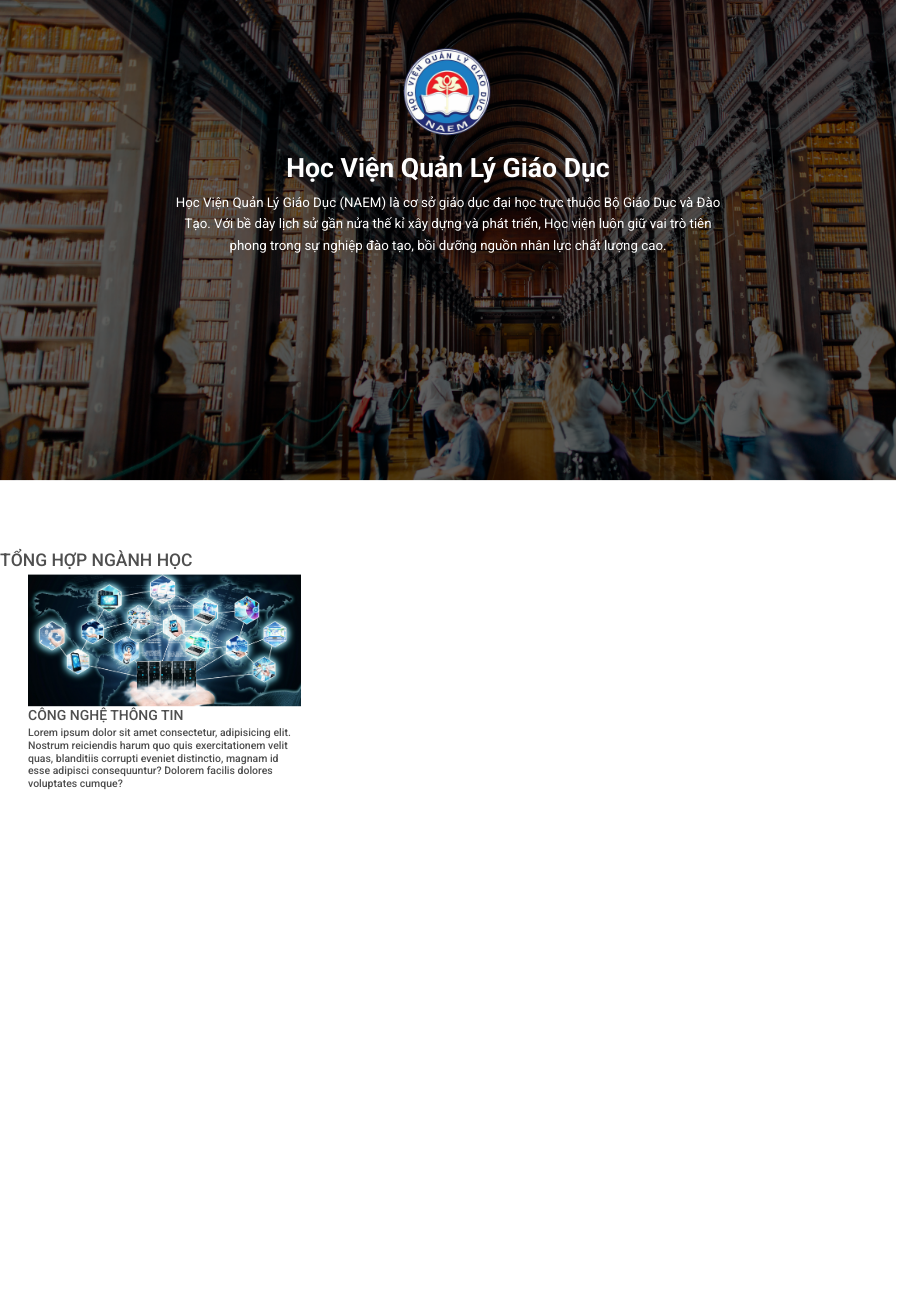
Repository: hongphuck1/trangweb1
Page: index.html
An editor plug-in stored every save of this project. The page is shown before and after the next save, followed by the edit.
The browser window is 1280 px wide. The page is 1288 px wide, so the pictures cover 1288 px, including what lies to the right of the window. The pictures show the part of the page from y = 1237 to 3117 px (the page is 4941 px tall), at 70% of full size.

Above is the page before, as saved 2021-09-07 01:53:18.

### index.html
<!DOCTYPE html>
<html lang="en">

<head>
  <meta charset="UTF-8" />
  <meta name="viewport" content="width=device-width, initial-scale=1, shrink-to-fit=no" />
  <meta http-equiv="x-ua-compatible" content="ie=edge" />
  <title>Material Design for Bootstrap</title>
  <!-- MDB icon -->
  <link rel="icon" href="img/SSS1.png" type="image/x-icon" />
  <!-- Font Awesome -->
  <link rel="stylesheet" href="https://use.fontawesome.com/releases/v5.15.2/css/all.css" />
  <!-- Google Fonts Roboto -->
  <link rel="stylesheet" href="https://fonts.googleapis.com/css2?family=Roboto:wght@300;400;500;700;900&display=swap" />
  <!-- MDB -->
  <link rel="stylesheet" href="css/style.css" />
  <link rel="stylesheet" href="css/base.css" />
  <link rel="stylesheet" href="css/grid.css" />
  <link rel="stylesheet" href="css/mdb.min.css" />
</head>

<body>
  <!-- Start your project here-->
  <div class="main">
    <!--Main Navigation-->
    <header>


      <!-- Navbar -->
      <nav class="navbar--opacity navbar navbar-expand-lg navbar-light fixed-top mask-custom shadow-0">
        <div class="container">

          <a class="navbar-brand nav-link" target="_blank" href="https://mdbootstrap.com/docs/standard/">
            <strong style="font-size: 2.2rem;">MRC</strong>
          </a>
          <button class="navbar-toggler navbar-toggler--opacity" type="button" data-mdb-toggle="collapse"
            data-mdb-target="#navbarSupportedContent" aria-controls="navbarSupportedContent" aria-expanded="false"
            aria-label="Toggle navigation">
            <i style="color: #ccc" class="fas fa-bars"></i>
          </button>
          <div class="collapse navbar-collapse" id="navbarSupportedContent">
            <ul class="navbar-nav me-auto mb-2 mb-lg-0">
              <li class="nav-item active">
                <a class="nav-link" aria-current="page" href="#intro">Giới thiệu</a>
              </li>
              <li class="nav-item">
                <a class="nav-link" href="https://www.facebook.com/MRC.NAEM" rel="nofollow" target="_blank">Hỏi đáp</a>
              </li>
              <li class="nav-item">
                <a class="nav-link" href="https://www.facebook.com/MRC.NAEM" target="_blank">Bài viết</a>
              </li>
              <li class="nav-item">
                <a class="nav-link" href="https://www.facebook.com/messages/t/101815085369835" target="_blank">Liên
                  hệ</a>
              </li>
            </ul>
            <ul class="navbar-nav list-inline">
              <!-- Icons -->
              <li class="">
                <a class="nav-link" href="https://www.youtube.com/channel/UCjl0s7v8m8V4IzuAS1fH-iA" rel="nofollow"
                  target="_blank">
                  <i class="fab fa-youtube"></i>
                </a>
              </li>
              <li class="">
                <a class="nav-link" href="https://www.facebook.com/MRC.NAEM" rel="nofollow" target="_blank">
                  <i class="fab fa-facebook-f"></i>
                </a>
              </li>
              <li class="nav-item">
                <a class="nav-link" href="https://www.tiktok.com/@mrcnaem" rel="nofollow" target="_blank">
                  <i class="fab fa-tiktok"></i>
                </a>
              </li>
              <li class="nav-item">
                <a class="nav-link" href="tel: 0349167687" rel="nofollow" target="_blank">
                  <i class="fas fa-envelope"></i>
                </a>
              </li>
            </ul>
          </div>
        </div>
      </nav>

      <!-- Carousel wrapper -->
      <div id="introCarousel" class="carousel slide carousel-fade shadow-2-strong" data-mdb-ride="carousel">
        <!-- Indicators -->
        <ol class="carousel-indicators">
          <li data-mdb-target="#introCarousel" data-mdb-slide-to="0" class="active"></li>
          <li data-mdb-target="#introCarousel" data-mdb-slide-to="1"></li>
          <li data-mdb-target="#introCarousel" data-mdb-slide-to="2"></li>
        </ol>

        <!-- Inner -->
        <div class="carousel-inner">
          <!-- Single item -->
          <div class="carousel-item active">
            <div class="mask" style="background-color: rgba(0, 0, 0, 0.6);">
              <div class="d-flex justify-content-center align-items-center h-100">
                <div class="text-white text-center">
                  <h1 style="font-size: 2.4rem;" class="mb-3">CLB TUYỂN SINH VÀ TRUYỀN THÔNG - MRC NAEM</h1>
                  <h5 style="font-size: 1.2rem;" class="mb-4">Hỗ trợ tư vấn - hướng nghiệp, trả lời những thắc mắc cho
                    học sinh và phụ huynh.</h5>

                  <a style="font-size: 1.8rem; " class="btn-DANGKI btn btn-outline-light btn-lg m-2"
                    href="https://www.facebook.com/MRC.NAEM" target="_blank" role="button">Đăng kí ngay</a>
                </div>
              </div>
            </div>
          </div>

          <!-- Single item -->
          <div class="carousel-item">
            <div class="mask" style="background-color: rgba(0, 0, 0, 0.3);">
              <div class="d-flex justify-content-center align-items-center h-100">
                <div class="text-white text-center">
                  <h1 style="font-size: 2.4rem;" class="mb-3">CLB TUYỂN SINH VÀ TRUYỀN THÔNG - MRC NAEM</h1>
                  <h5 style="font-size: 1.2rem;" class="mb-4">Hỗ trợ tư vấn - hướng nghiệp, trả lời những thắc mắc cho
                    học sinh và phụ huynh.</h5>

                  <a style="font-size: 1.8rem; " class="btn-DANGKI btn btn-outline-light btn-lg m-2"
                    href="https://www.facebook.com/MRC.NAEM" target="_blank" role="button">Đăng kí ngay</a>
                </div>
              </div>
            </div>
          </div>

          <!-- Single item -->
          <div class="carousel-item">
            <div class="mask" style="
                background: linear-gradient(
                  45deg,
                  rgba(29, 236, 197, 0.7),
                  rgba(91, 14, 214, 0.7) 100%
                );
              ">
              <div class="d-flex justify-content-center align-items-center h-100">
                <div class="text-white text-center">
                  <h1 style="font-size: 2.4rem;" class="mb-3">CLB TUYỂN SINH VÀ TRUYỀN THÔNG - MRC NAEM</h1>
                  <h5 style="font-size: 1.2rem;" class="mb-4">Hỗ trợ tư vấn - hướng nghiệp, trả lời những thắc mắc cho
                    học sinh và phụ huynh.</h5>

                  <a style="font-size: 1.8rem; " class="btn-DANGKI btn btn-outline-light btn-lg m-2"
                    href="https://www.facebook.com/MRC.NAEM" target="_blank" role="button">Đăng kí ngay</a>
                </div>
              </div>
            </div>
          </div>
        </div>
        <!-- Inner -->

        <!-- Controls -->
        <a class="carousel-control-prev" href="#introCarousel" role="button" data-mdb-slide="prev">
          <span class="carousel-control-prev-icon" aria-hidden="true"></span>
          <span class="sr-only">Previous</span>
        </a>
        <a class="carousel-control-next" href="#introCarousel" role="button" data-mdb-slide="next">
          <span class="carousel-control-next-icon" aria-hidden="true"></span>
          <span class="sr-only">Next</span>
        </a>
      </div>
      <!-- Carousel wrapper -->
    </header>


    <section>
      <div class="container-body">
        <div class="container-body-name">
          <h1>Thông Tin Tuyển Sinh</h1>
        </div>

        <div class="row">
          <div class="col l-6">
            <div class="container-body-content">
              <h2 class="container-body-content__name">Các Phương Án Xét Tuyển</h2>
              <div class="container-body-content-attention">
                <i class="fas fa-check-double"></i>
                <h4>Dựa vào học bạ (Điểm HK1 & HK2 lớp 11 và điểm HK1 lớp 12)</h4>
              </div>
              <div class="container-body-content-attention">
                <i class="fas fa-check-double"></i>
                <h4>Sử dụng kết quả thi THPT 2021</h4>
              </div>
              <div class="container-body-content-attention">
                <i class="fas fa-check-double"></i>

                <h4>Tuyển thẳng</h4>
              </div>
              <div class="container-body-content-attention">
                <i class="far fa-bell"></i>
                <h4>Cơ hội trúng tuyển cao khi có tới 70% chỉ tiêu qua xét tuyển học bạ</h4>
              </div>
              <div class="container-body-content-attention">
                <i class="far fa-plus-square"></i>
                <h4>Đặc biệt sinh viên được phép học thêm một ngành khác tại Học viện (Luật, Ngôn ngữ Anh, Tâm lý giáo
                  dục, Quản trị văn phòng, Giáo dục học, Quản lý giáo dục và Kinh tế giáo dục)</h4>
              </div>
            </div>
          </div>
          <div class="col l-6">
            <div class="container-body-img">
              <img src="img/klipartz.com_-1024x586.png" alt="">
            </div>
          </div>
        </div>


      </div>

      <div class="container-body-review">
        <div class="grid wide">
          <div class="row">
            <div class="col l-12">
              <img src="img/1-1.png" alt="">
              <div class="container-body-review__name">
                Học Viện Quản Lý Giáo Dục
              </div>
              <div class="container-body-review__title">
                Học Viện Quản Lý Giáo Dục (NAEM) là cơ sở giáo dục đại học trực thuộc Bộ Giáo Dục và Đào Tạo. Với bề dày lịch sử gần nửa thế kỉ xây dựng và phát triển, Học viện luôn giữ vai trò tiên phong trong sự nghiệp đào tạo, bồi dưỡng nguồn nhân lực chất lượng cao.
              </div>
            </div>
        </div>
      </div>
    </div>

      <div class="container-body-subjects">
          <h1>TỔNG HỢP NGÀNH HỌC</h1>

          <div class="grid wide">
            <div class="row">
              <div class="col l-4">
                <img src="img/congnghethongtin.png" alt="">
                <h2>CÔNG NGHỆ THÔNG TIN</h2>
                <h4>Lorem ipsum dolor sit amet consectetur, adipisicing elit. Nostrum reiciendis harum quo quis exercitationem velit quas, blanditiis corrupti eveniet distinctio, magnam id esse adipisci consequuntur? Dolorem facilis dolores voluptates cumque?</h4>
              </div>
              <div class="col l-4"></div>
              <div class="col l-4"></div>
            </div>
          </div>

    </section>

  </div>
  <!--Main Navigation-->
  <!-- End your project here-->

  <!-- MDB -->
  <script type="text/javascript" src="js/mdb.min.js"></script>
  <!-- Custom scripts -->
  <script type="text/javascript"></script>
</body>

</html>

### css/style.css

.main {

    height: 1000px;
}

/* Carousel styling */
#introCarousel,
.carousel-inner,
.carousel-item,
.carousel-item.active {
  height: 100vh;
}

.carousel-item:nth-child(1) {
  background-image: url('https://mdbootstrap.com/img/Photos/Others/images/76.jpg');
  background-repeat: no-repeat;
  background-size: cover;
  background-position: center center;
}

.carousel-item:nth-child(2) {
  background-image: url('https://mdbootstrap.com/img/Photos/Others/images/77.jpg');
  background-repeat: no-repeat;
  background-size: cover;
  background-position: center center;
}

.carousel-item:nth-child(3) {
  background-image: url('https://mdbootstrap.com/img/Photos/Others/images/78.jpg');
  background-repeat: no-repeat;
  background-size: cover;
  background-position: center center;
}

/* Height for devices larger than 576px */
@media (min-width: 992px) {
  #introCarousel {
    margin-top: -58.59px;
  }
}

.navbar .nav-link {
  color: #fff !important;
}



/* trèn đè css boottraps */

.nav-link {
  /* padding: 1.2rem 1rem !important; */
  font-size: 1.6rem;
  padding-right: 20px !important;
}

.nav-link:hover {
  /* padding: 1.2rem 1rem !important; */
  color: yellow !important;
  transition: color 0.5s ;
}


.btn-DANGKI:hover {
  color: yellow !important;
  border: 1px solid yellow !important;
  transition: 0.5s ;
}

.navbar-dark .navbar-toggler, .navbar-light .navbar-toggler {
  display: block;
}

.navbar--opacity {
  background-color: rgba(1,1,1,0.2);
}


@media only screen and (max-width: 600px) {
 .text-center h1 {
    font-size: 2.7rem !important;
    padding: 20px 0;
  }
  .carousel-control-next, .carousel-control-prev{
    display: none !important;
  }
  .text-center h5{
    padding: 0 20px;
    line-height: 1.9rem !important;
    font-size: 1.4rem !important;
  }
}


@import url('https://fonts.googleapis.com/css2?family=Poppins:wght@300;400;600;700&display=swap');
  :root {
    --primary: #08aeea;
    --secondary: #13D2B8;
    --purple: #bd93f9;
    --pink: #ff6bcb;
    --blue: #8be9fd;
    --gray: #333;
    --font: "Poppins", sans-serif;
    --gradient: linear-gradient(40deg, #ff6ec4, #7873f5);
    --shadow: 0 0 15px 0 rgba(0,0,0,0.05);
  }
  *,
  *:before,
  *:after {
    box-sizing: border-box;
  }
  html {
    font-size: 62.5%;
  }

  body {
    font-family: var(--font);
    font-size: 1.4rem;
    overflow-x: hidden;
    font-weight: 300;
  }

  img {
    display: block;
    max-width: 100%;
  }

  a {
    text-decoration: none;
  }

  input,
  button,
  textarea,
  select {
    font-family: var(--font);
    font-size: 1.4rem;
    font-weight: 300;
    outline: none;
    border: 0;
    margin: 0;
    padding: 0;
    border-radius: 0;
    -webkit-appearance: none;
  }

  button {
    cursor: pointer;
  }

          .simple-card {
            background-color: white;
            border-radius: 2rem;
            padding: 1.5rem;
            box-shadow: var(--shadow);
          }
          .simple-card-image {
            position: relative;
            height: 0;
            padding-bottom: 56.25%;
          }
          .simple-card-image > img {
            position: absolute;
            top: 0;
            left: 0;
            width: 100%;
            height: 100%;
            object-fit: cover;
            border-radius: 1rem;
          }
          .simple-card-content {
            padding: 3rem 1rem;
          }
          .simple-card-title {
            font-weight: 500;
            font-size: 2rem;
            line-height: 1.6;
            margin-bottom: 1.5rem;
            color: #2b2b2b;
          }
          .simple-card-desc {
            color: #c7cbdc;
            font-weight: 300;
            line-height: 1.6;
            font-size: 1.4rem;
            margin-bottom: 3rem;
          }
          .simple-card-line {
            width: 30%;
            height: 2px;
            margin-left: auto;
            background-color: var(--primary);
          }

          .container-body{
            padding-top: 40px;
            padding-bottom: 70px;
          }
          .container-body-name{
            text-align: center;
            padding: 40px 0 ;
          }
          .container-body-name h1{
            color: #000000;
            font-family: "Open Sans", Sans-serif;
            font-size: 35px;
            font-weight: 700;
            text-transform: capitalize;
          }

          .container-body-content{
           padding-left: 100px;
          }
          .container-body-content__name{
           font-size: 2.8rem;
           color: #000000;
           padding-bottom: 10px;
          }
          .container-body-content-attention{
          display: flex;
          align-items: center;
          padding: 4px 0;
          }
          .container-body-content-attention i{
            transform: translateY(-15%);
            padding-right: 10px;
            font-size: 1.8rem;
            color: var(--primary);
          }
          .container-body-content-attention h4{
            font-size: 1.8rem;
          }

          .container-body-img{
          padding: 0 50px ;
          }

.container-body-review {
  background-image: url(../img/Thiết\ kế\ không\ tên.png);
  background-repeat: no-repeat;
  background-size: cover;
  height: 100vh;
}

.container-body-review img {
  width: 150px;
  margin: auto;
  padding-top: 90px;
}


.container-body-review__name, .container-body-review__title {
  text-align: center;
  color: white;
padding-top: 20px;
}

.container-body-review__name {
  font-size: 3.8rem;
  padding: 4px 0;
  font-weight: 600;
}

.container-body-review__title {
  font-size: 1.9rem;
  padding: 0 200px;
}



/* TỔNG HỢP NGÀNH HỌC */

.container-body-subjects{
  padding: 100px 0;
}

### css/base.css
:root {
    --white-color: #fff;
    --black-color: #000;
    --text-color: rgb(110, 109, 109);
    --primary-color: #6EC1E4;
    --primary-color-sub: #fd3f00;
    --border-color: #dbdbdb;

    --header: 109px;
    --header-top: 36px;
    --navbar-height: 27px;
    --header-with-search-height: calc(var(--header-height) - var(--navbar-height));
    --header-sort-bar-height: 46px;
}


* {
    margin: 0;
    padding: 0;
    box-sizing: border-box;

}
.no-copy__text {
    user-select: none;
}
html {
    font-size: 62.5%;
    line-height: 1.6rem;
    font-family: 'Roboto', sans-serif;

    /* user-select: none;   không cho copy text */
}

body {
    height: 5000px;
}
@media only screen and  (max-width: 1000px) and (min-width: 700px) {
    html {
    }
}

Loaded but not shown: css/mdb.min.css (library); js/mdb.min.js (library); css/grid.css (590 lines, source omitted)

After the next save:
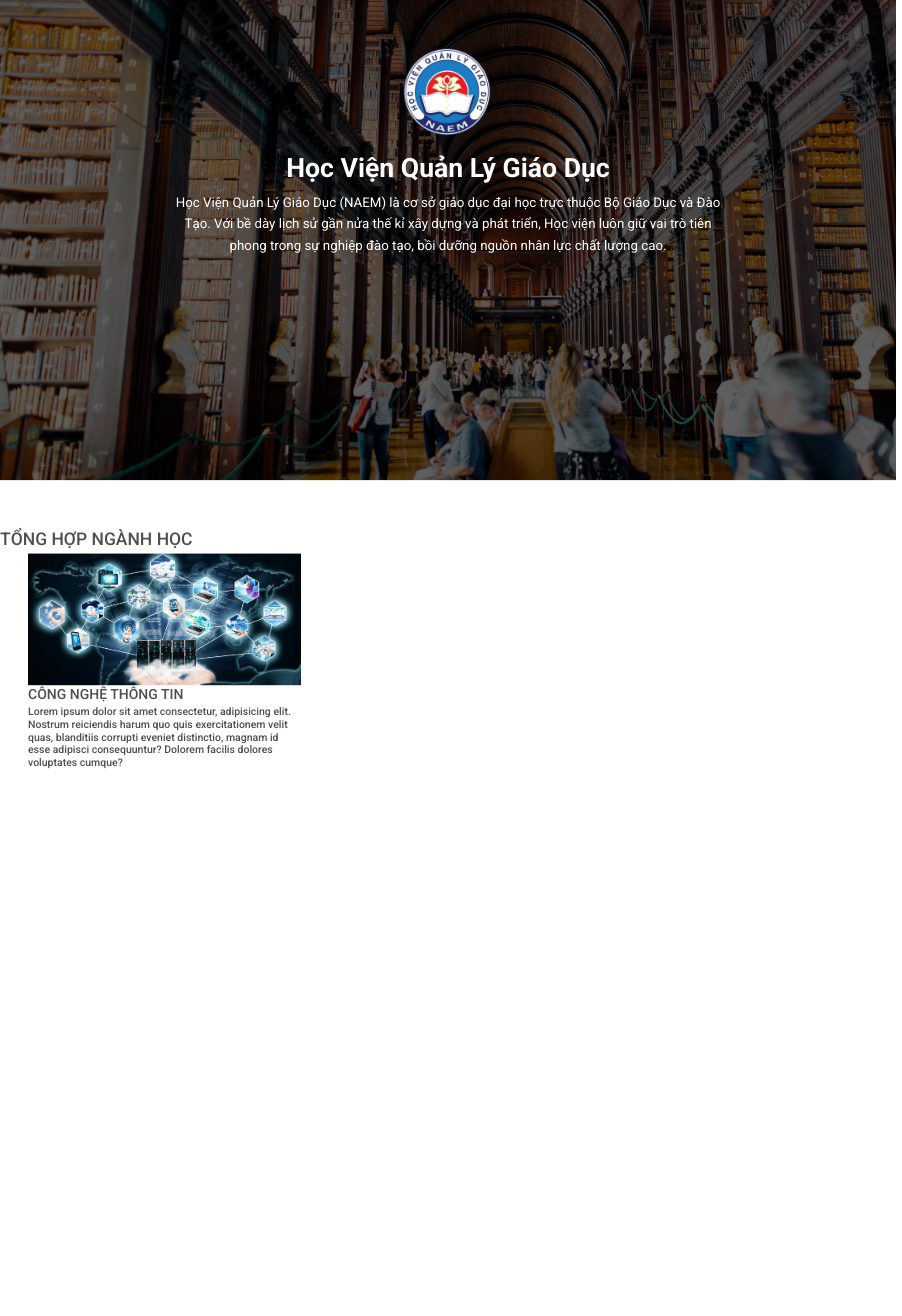
Saved 5 s later.
--- a/css/style.css
+++ b/css/style.css
@@ -271,5 +271,5 @@
 /* TỔNG HỢP NGÀNH HỌC */
 
 .container-body-subjects{
-  padding: 100px 0;
-}
+  padding: 70px 0;
+}
